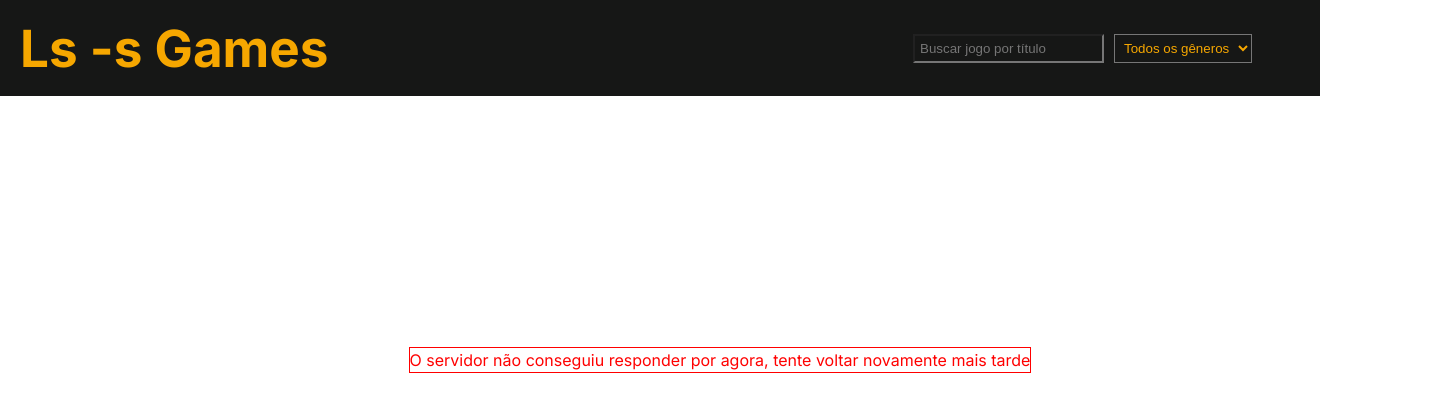
Repository: nlemuel/games-front-test
Page: /
These files come from the project's save history. The page is drawn as it stood at one moment and after the next save; the edit follows.
The browser window is 1280 px wide. The page is 1440 px wide, so the pictures cover 1440 px, including what lies to the right of the window. The pictures show the whole page.
The page's requests for data from a server got no answer. The project was rebuilt for these pictures with package versions that can differ from the ones it lists, and the page was loaded fresh each time. No one was signed in, and anything a server would have sent is missing. Also part of the build but not shown: vite.config.ts.

Above is the page before, as saved 2023-06-25 21:05:28.

### index.html
<!DOCTYPE html>
<html lang="en">
  <head>
    <link rel="stylesheet" href="https://fonts.googleapis.com/css2?family=Inter:wght@400;500;600;700&display=swap" />
    <meta charset="UTF-8" />
    <link rel="icon" type="image/svg+xml" href="./assets/joystick-17.svg">
    <meta name="viewport" content="width=device-width, initial-scale=1.0" />
    <title>LsGames</title>
  </head>
  <body>
    <div id="root"></div>
    <script type="module" src="/src/main.tsx"></script>
  </body>
</html>

### src/App.tsx
import React from 'react';
import Home from './pages/Home';



const App: React.FC = () => {
  return (
    <>
      <Home />
    </>
  );
}

export default App;

### src/index.css
:root {
  font-family: Inter, system-ui, Avenir, Helvetica, Arial, sans-serif;
  line-height: 1.5;
  font-weight: 400;

  color-scheme: light dark;
  color: rgba(255, 255, 255, 0.87);
  background-color: #171617;

  font-synthesis: none;
  text-rendering: optimizeLegibility;
  -webkit-font-smoothing: antialiased;
  -moz-osx-font-smoothing: grayscale;
  -webkit-text-size-adjust: 100%;

 /* Estilos para telas 4K (2560px e acima) */
@media (min-width: 2560px) {
  /* Exemplo de regras de responsividade para 4K */
  body {
    font-size: 18px;
  }

  .container {
    max-width: 1600px;
    margin: 0 auto;
  }

  .header {
    padding: 30px;
  }

  .menu {
    display: flex;
    justify-content: space-between;
    align-items: center;
  }

  .menu-item {
    font-size: 24px;
    padding: 10px;
  }

  .content {
    column-count: 4;
  }

  .card {
    width: 400px;
    margin-bottom: 40px;
  }
}

/* Estilos para Laptop L (1440px) */
@media (max-width: 1440px) {
  /* Exemplo de regras de responsividade para Laptop L */
  body {
    font-size: 16px;
  }

  .container {
    max-width: 1200px;
    margin: 0 auto;
  }

  .header {
    padding: 20px;
  }

  .menu {
    display: flex;
    justify-content: space-between;
    align-items: center;
  }

  .menu-item {
    font-size: 20px;
    padding: 8px;
  }

  .content {
    column-count: 3;
  }

  .card {
    width: 300px;
    margin-bottom: 30px;
  }
}

/* Estilos para Laptop (1024px) */
@media (max-width: 1024px) {
  /* Exemplo de regras de responsividade para Laptop */
  body {
    font-size: 14px;
  }

  .container {
    max-width: 960px;
    margin: 0 auto;
  }

  .header {
    padding: 16px;
  }

  .menu {
    display: flex;
    justify-content: space-between;
    align-items: center;
  }

  .menu-item {
    font-size: 16px;
    padding: 6px;
  }

  .content {
    column-count: 2;
  }

  .card {
    width: 240px;
    margin-bottom: 20px;
  }
}

/* Estilos para Tablet (768px) */
@media (max-width: 768px) {
  /* Exemplo de regras de responsividade para Tablet */
  body {
    font-size: 12px;
  }

  .container {
    max-width: 720px;
    margin: 0 auto;
  }

  .header {
    padding: 12px;
  }

  .menu {
    display: flex;
    justify-content: center;
    align-items: center;
    flex-wrap: wrap;
  }

  .menu-item {
    font-size: 14px;
    padding: 4px;
  }

  .content {
    column-count: 1;
  }

  .card {
    width: 100%;
    margin-bottom: 16px;
  }
}

/* Estilos para Mobile L (425px) */
@media (max-width: 425px) {
  /* Exemplo de regras de responsividade para Mobile L */
  body {
    font-size: 10px;
  }

  .container {
    max-width: 375px;
    margin: 0 auto;
  }

  .header {
    padding: 8px;
  }

  .menu {
    display: flex;
    justify-content: center;
    align-items: center;
    flex-wrap: wrap;
  }

  .menu-item {
    font-size: 12px;
    padding: 2px;
  }

  .content {
    column-count: 1;
  }

  .card {
    width: 100%;
    margin-bottom: 12px;
  }
}

/* Estilos para Mobile M (375px) */
@media (max-width: 375px) {
  /* Exemplo de regras de responsividade para Mobile M */
  body {
    font-size: 10px;
  }

  .container {
    max-width: 320px;
    margin: 0 auto;
  }

  .header {
    padding: 8px;
  }

  .menu {
    display: flex;
    justify-content: center;
    align-items: center;
    flex-wrap: wrap;
  }

  .menu-item {
    font-size: 12px;
    padding: 2px;
  }

  .content {
    column-count: 1;
  }

  .card {
    width: 100%;
    margin-bottom: 12px;
  }
}

/* Estilos para Mobile S (320px) */
@media (max-width: 320px) {
  /* Exemplo de regras de responsividade para Mobile S */
  body {
    font-size: 8px;
  }

  .container {
    max-width: 280px;
    margin: 0 auto;
  }

  .header {
    padding: 6px;
  }

  .menu {
    display: flex;
    justify-content: center;
    align-items: center;
    flex-wrap: wrap;
  }

  .menu-item {
    font-size: 10px;
    padding: 2px;
  }

  .content {
    column-count: 1;
  }

  .card {
    width: 100%;
    margin-bottom: 8px;
  }
}


}

a {
  font-weight: 500;
  color: #646cff;
  text-decoration: inherit;
}
a:hover {
  color: #535bf2;
}

body {
  margin: 0;
  display: flex;
  place-items: center;
  min-width: 320px;
  min-height: 100vh;
}

h1 {
  font-size: 3.2em;
  line-height: 1.1;
}

button {
  border-radius: 8px;
  border: 1px solid transparent;
  padding: 0.6em 1.2em;
  font-size: 1em;
  font-weight: 500;
  font-family: inherit;
  background-color: #1a1a1a;
  cursor: pointer;
  transition: border-color 0.25s;
}
button:hover {
  border-color: #646cff;
}
button:focus,
button:focus-visible {
  outline: 4px auto -webkit-focus-ring-color;
}

@media (prefers-color-scheme: light) {
  :root {
    color: #213547;
    background-color: #ffffff;
  }
  a:hover {
    color: #747bff;
  }
  button {
    background-color: #f9f9f9;
  }
}

### src/pages/Home.tsx
import React, { useState, useEffect } from 'react';
import Container from '../components/Container/styles';
import Card from '../components/Card/styles';
import Title from '../components/Title/styles';
import Image from '../components/Image/styles';
import ErrorMessage from '../components/ErrorMessage/styles';
import Loader from '../components/Loader/styles';
import Header from '../components/Header';

import { fetchGames } from '../api/api';
import DescriptionText from '../components/Description/styles';

interface Game {
  id: number;
  title: string;
  genre: string;
  thumbnail: string;
  short_description: string;
}

const Home: React.FC = () => {
  const [loading, setLoading] = useState<boolean>(true);
  const [error, setError] = useState<string>('');
  const [games, setGames] = useState<Game[]>([]);
  const [searchTerm, setSearchTerm] = useState<string>('');
  const [selectedGenre, setSelectedGenre] = useState<string>('');
  const [genres, setGenres] = useState<string[]>([]);

  useEffect(() => {
    const fetchData = async () => {
      try {
        setLoading(true);
        setError('');

        const fetchedGames = await fetchGames();
        setGames(fetchedGames);

        const uniqueGenres = [...new Set(fetchedGames.map((game) => game.genre))];
        setGenres(uniqueGenres);
      } catch (error: any) {
        setError(error.message);
      } finally {
        setLoading(false);
      }
    };

    fetchData();
  }, []);

  const handleSearch = (event: React.ChangeEvent<HTMLInputElement>) => {
    setSearchTerm(event.target.value);
  };

  const handleGenreChange = (event: React.ChangeEvent<HTMLSelectElement>) => {
    setSelectedGenre(event.target.value);
  };

  const filteredGames = games.filter((game) =>
    game.title.toLowerCase().includes(searchTerm.toLowerCase())
  );

  const filteredGamesByGenre = selectedGenre
    ? filteredGames.filter((game) => game.genre === selectedGenre)
    : filteredGames;

  return (
    <div>
      <Header
        setSearchTerm={handleSearch}
        selectedGenre={selectedGenre}
        handleGenreChange={handleGenreChange}
        genres={genres}
      />

      {loading ? (
        <div style={{ display: 'flex', alignItems: 'center', justifyContent: 'center', height: '100vh' }}>
          <Loader>Carregando...</Loader>
        </div>
      ) : (
        <Container>
          {filteredGamesByGenre.map((game) => (
            <Card key={game.id}>
              <Title>{game.title}</Title>
              <Image src={game.thumbnail} alt={game.title} />
              <DescriptionText>{game.short_description}</DescriptionText>
            </Card>
          ))}
        </Container>
      )}

      {error && (
        <div style={{ display: 'flex', alignItems: 'center', justifyContent: 'center', height: '100vh' }}>
          <ErrorMessage>{error}</ErrorMessage>
        </div>
      )}
    </div>
  );
};

export default Home;

### src/components/Container/styles.tsx
import styled from 'styled-components';

const Container = styled.div`
  display: flex;
  flex-wrap: wrap;
  justify-content: center;
  min-width: 90rem;
`;

export default Container;

### src/components/Card/styles.tsx
import styled from 'styled-components';

const Card = styled.div`
  flex: 0 0 30%;
  margin: 10px;
  padding: 10px;
  background-color: #161716;
  border-radius: 5px;
  margin-top: 7rem;
  cursor: pointer;
  transition: transform 0.2s ease;

  &:hover {
    transform: translateY(-5px);
    box-shadow: 0 0 10px #f6a700;
  }

  /* Responsividade para 2 colunas (768px a 1023px) */
  @media (max-width: 1023px) {
    flex: 0 0 50%;
  }

  /* Responsividade para 1 coluna (abaixo de 767px) */
  @media (max-width: 767px) {
    flex: 0 0 100%;
  }
`;

export default Card;

### src/components/Title/styles.tsx
import styled from 'styled-components';

const Title = styled.h3`
  color: #f6a700;
  margin: 0;
`;

export default Title;

### src/components/Image/styles.tsx
import styled from 'styled-components';

const Image = styled.img`
  width: 100%;
  height: auto;
  margin-bottom: 10px;
`;

export default Image;

### src/components/ErrorMessage/styles.tsx
import styled from 'styled-components';

const ErrorMessage = styled.p`
  color: red;
  border: 1px solid
`;

export default ErrorMessage;

### src/components/Loader/styles.tsx
import styled from 'styled-components';

const Loader = styled.div`
  display: flex;
  justify-content: center;
  align-items: center;
  height: 200px;
  font-size: 24px;
  border:1px solid;
`;

export default Loader;

### src/components/Header/index.tsx
import React from 'react';
import styled from 'styled-components';

const HeaderContainer = styled.header`
  background-color: #161716;
  padding: 20px;
  position: fixed;
  top: 0;
  width: 100%;
  z-index: 9999;
  display: flex;
  align-items: center;
  justify-content: space-between;

`;

const Title = styled.h1`
  color: #f6a700;
  margin: 0;
`;

const SearchBar = styled.input`
  padding: 5px;
  background-color: #161716;
  color: #f6a700;
  margin-right: 10px;
`;

const GenreFilter = styled.select`
  padding: 5px;
  background-color: #161716;
  color: #f6a700;
  margin-right: 3rem;
`;

interface HeaderProps {
  setSearchTerm: (event: React.ChangeEvent<HTMLInputElement>) => void;
  selectedGenre: string;
  handleGenreChange: (event: React.ChangeEvent<HTMLSelectElement>) => void;
  genres: string[];
}

const Header: React.FC<HeaderProps> = ({
  setSearchTerm,
  selectedGenre,
  handleGenreChange,
  genres,
}) => {
  const handleSearch = (event: React.ChangeEvent<HTMLInputElement>) => {
    setSearchTerm(event); // Ajuste aqui para passar o evento diretamente
  };

  return (
    <HeaderContainer>
      <Title>Ls -s Games</Title>
      <div>
      <SearchBar
        type="text"
        placeholder="Buscar jogo por título"
        onChange={handleSearch}
      />
      <GenreFilter value={selectedGenre} onChange={handleGenreChange}>
        <option value="">Todos os gêneros</option>
        {genres.map((genre) => (
          <option key={genre} value={genre}>
            {genre}
          </option>
        ))}
      </GenreFilter>
      </div>
    </HeaderContainer>
  );
};

export default Header;

### src/api/api.ts
import axios, { AxiosResponse } from 'axios';

interface Game {
  id: number;
  title: string;
  genre: string;
  thumbnail: string;
  short_description: string;
}

const API_URL = 'https://games-test-api-81e9fb0d564a.herokuapp.com/api/data/';

const fetchGames = async (): Promise<Game[]> => {
  try {
    const config = {
      headers: {
        'dev-email-address': 'lemuelayres@gmail.com'
      },
      timeout: 5000 // Define o tempo limite de 5 segundos
    };

    const response: AxiosResponse<Game[]> = await axios.get(API_URL, config);
    return response.data;
  } catch (error: any) {
    if (error.code === 'ECONNABORTED' && error.message.includes('timeout')) {
      throw new Error('O servidor demorou para responder, tente mais tarde');
    } else if (error.response && error.response.status >= 500 && error.response.status <= 509) {
      throw new Error('O servidor falhou em responder, tente recarregar a página');
    } else {
      throw new Error('O servidor não conseguiu responder por agora, tente voltar novamente mais tarde');
    }
  }
};

export { fetchGames };

### src/components/Description/styles.tsx
import styled from 'styled-components';

const DescriptionText = styled.p`
  color: #ffffff;
`;

export default DescriptionText;

Loaded but not shown: src/main.tsx (common file)

After the next save:
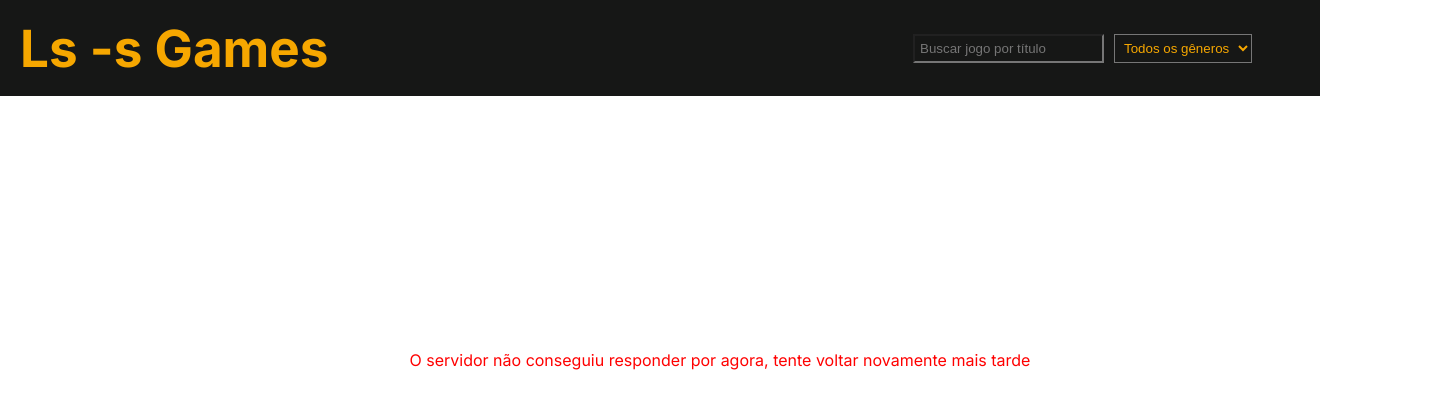
Saved 36 min 53 s later.
--- a/src/components/ErrorMessage/styles.tsx
+++ b/src/components/ErrorMessage/styles.tsx
@@ -2,7 +2,6 @@ import styled from 'styled-components';
 
 const ErrorMessage = styled.p`
   color: red;
-  border: 1px solid
 `;
 
 export default ErrorMessage;
